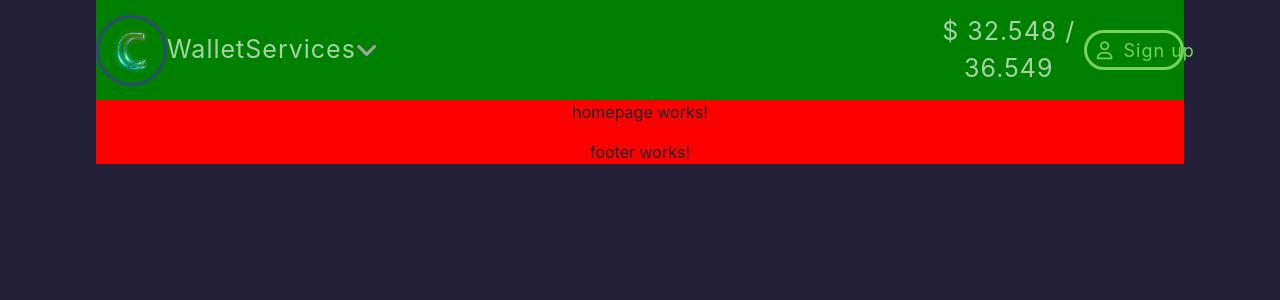
Repository: YuriyBen/Corzbank
Page: / (app in Corzbank.Web/ClientApp/)
These files come from the project's save history. The page is drawn as it stood at one moment and after the next save; the edit follows.
The browser window is 1280 px wide. The pictures show the whole page.
Some web libraries are served in a nearby version. The project was rebuilt for these pictures with package versions that can differ from the ones it lists, and the page was loaded fresh each time. Also part of the build but not shown: Corzbank.Web/ClientApp/angular.json.

Above is the page before, as saved 2022-05-19 20:41:56.

### Corzbank.Web/ClientApp/src/index.html
<!DOCTYPE html>
<html lang="en">
  <head>
    <meta charset="utf-8" />
    <title>Corzbank.Web</title>
    <base href="/" />

    <meta name="viewport" content="width=device-width, initial-scale=1" />
    <link rel="icon" type="image/x-icon" href="favicon.ico" />

    <script src="https://kit.fontawesome.com/61ebb60581.js" crossorigin="anonymous"></script>
  </head>
  <body>
    <app-root>Loading...</app-root>
  </body>
</html>

### Corzbank.Web/ClientApp/src/styles.css
/* You can add global styles to this file, and also import other style files */

/* Provide sufficient contrast against white background */
a {
  color: #0366d6;
}

code {
  color: #e01a76;
}

.btn-primary {
  color: #fff;
  background-color: #1b6ec2;
  border-color: #1861ac;
}
body{
  display: block;
  text-align: -webkit-center;
  background-color: #24203A;
}
.main{
  background-color: red;
  padding: 0;
  width: 85%;
}

### Corzbank.Web/ClientApp/src/app/app.module.ts
import { BrowserModule } from '@angular/platform-browser';
import { NgModule } from '@angular/core';
import { FormsModule } from '@angular/forms';
import { HttpClientModule, HTTP_INTERCEPTORS } from '@angular/common/http';
import { RouterModule } from '@angular/router';

import { AppComponent } from './app.component';
import { HomepageComponent } from './homepage/homepage.component';
import { HeaderComponent } from './header/header.component';
import { FooterComponent } from './footer/footer.component';

@NgModule({
  declarations: [
    AppComponent,
    HomepageComponent,
    HeaderComponent,
    FooterComponent
  ],
  imports: [
    BrowserModule.withServerTransition({ appId: 'ng-cli-universal' }),
    HttpClientModule,
    FormsModule,
    RouterModule.forRoot([
      { path: '', component: HomepageComponent, pathMatch: 'full' },
    ])
  ],
  providers: [],
  bootstrap: [AppComponent]
})
export class AppModule { }

### Corzbank.Web/ClientApp/src/app/app.component.html
<body>
  <div class="main">
    <app-header></app-header>
    <router-outlet></router-outlet>
    <div class="container">
    </div>
    <app-footer></app-footer>
  </div>
</body>

### Corzbank.Web/ClientApp/src/app/homepage/homepage.component.html
<p>homepage works!</p>

### Corzbank.Web/ClientApp/src/app/header/header.component.html
<div class="navbar">
    <div class="left-block">
        <div class="circle">

        </div>
        <div class="logo">
            <img src="assets/photos/logo.png" alt="logo">
        </div>
        <span>Wallet</span>
        <div class="services">
            <span>Services</span>
            <i class="fa fa-angle-down"></i>
        </div>
    </div>
    <div class="right-block">
        <div class="exchange">
            <span>$ 32.548 / 36.549</span>
        </div>
        <div class="account">
            <i class="far fa-user"></i>
            <p>Sign up</p>
        </div>
    </div>
</div>

### Corzbank.Web/ClientApp/src/app/header/header.component.scss
*{
    padding: 0;
    margin: 0;
    box-sizing: border-box;
}
.navbar{
    background-color: green;
    height: 100px;
    display: flex;
    justify-content: space-between;
    align-items: center;
    font-size: 25px;
    letter-spacing: 1px;
}
.left-block , .right-block{
    display: flex;
    justify-content: space-between;
    width: 23%;
    align-items: baseline;
    align-items: center;
}
.navbar span{
    color: white;
    opacity: 65%;
}
.left-block .logo{
    background: transparent;
    border-radius: 50px;
    border: 3px solid #2D4A74;
}
.left-block img{
    width: 65px;
}
.left-block .services{
    display: flex;
    width: 140px;
    justify-content: space-between;
    align-items: center;
}
.right-block .account{
    display: -webkit-inline-box;
    width: 140px;
    height: 40px;
    -webkit-box-align: center;
    border-radius: 32px;
    background: transparent;
    border: 3px solid #77D353;
    padding: 0 10px;
    -webkit-box-pack: center;
    font-size: 18px;

}
.account p, .far{
    color: #77D353;
}
.services i{
    color: #a1a1a1;
}
.account .far{
    margin-right: 10px;
}

Loaded but not shown: Corzbank.Web/ClientApp/src/main.ts (common file); Corzbank.Web/ClientApp/src/environments/environment.ts (common file); Corzbank.Web/ClientApp/src/app/app.component.ts (common file); Corzbank.Web/ClientApp/src/app/homepage/homepage.component.ts (common file); Corzbank.Web/ClientApp/src/app/header/header.component.ts (common file); Corzbank.Web/ClientApp/src/app/footer/footer.component.ts (common file); Corzbank.Web/ClientApp/src/app/footer/footer.component.html (common file); Corzbank.Web/ClientApp/src/app/footer/footer.component.scss (no stored copy; drawn as an empty file); Corzbank.Web/ClientApp/src/app/homepage/homepage.component.scss (no stored copy; drawn as an empty file)

After the next save:
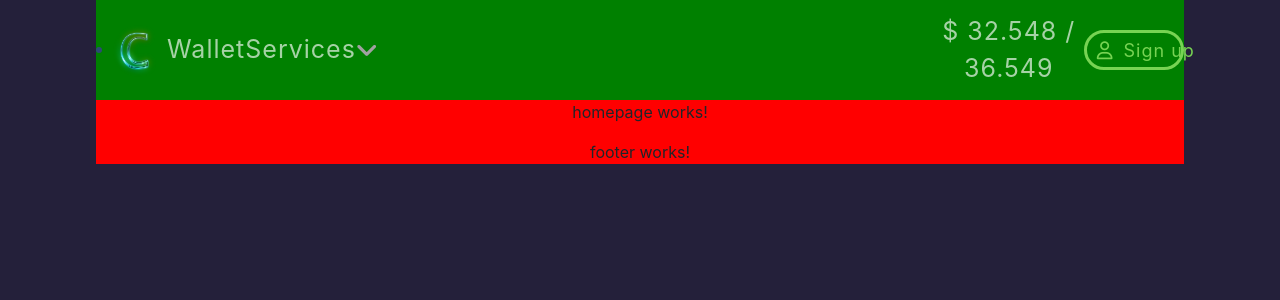
Saved 6 s later.
--- a/Corzbank.Web/ClientApp/src/app/header/header.component.scss
+++ b/Corzbank.Web/ClientApp/src/app/header/header.component.scss
@@ -23,7 +23,7 @@
     color: white;
     opacity: 65%;
 }
-.left-block .logo{
+.left-block .circle{
     background: transparent;
     border-radius: 50px;
     border: 3px solid #2D4A74;
